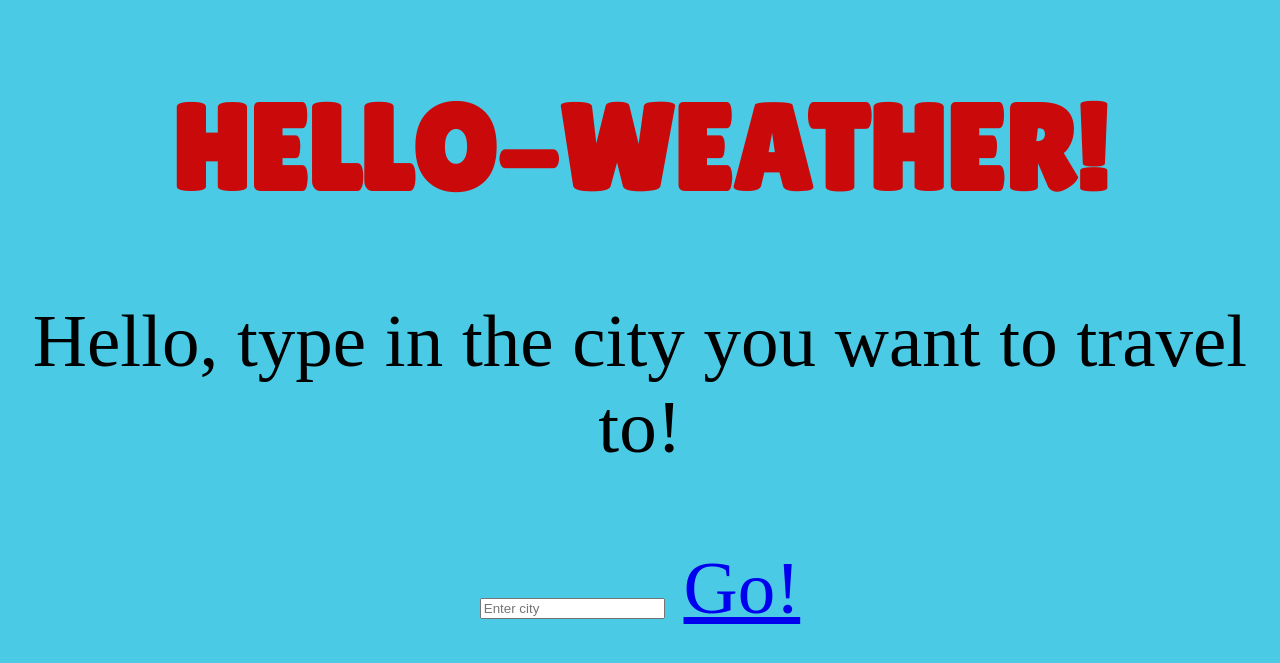
Repository: Jazinha/Hello-kitty-weather
Page: index.html
These files come from the project's save history. The page is drawn as it stood at one moment and after the next save; the edit follows.
The browser window is 1280 px wide. The pictures show the whole page.

Above is the page before, as saved 2023-02-03 20:37:00.

### index.html
<!DOCTYPE html>
<html>
    <head>
        <title>Hello-Weather!</title>
        <meta charset="utf-8">
        <link rel="stylesheet" href="style.css">
        <link rel="preconnect" href="https://fonts.googleapis.com">
<link rel="preconnect" href="https://fonts.gstatic.com" crossorigin>
<link href="https://fonts.googleapis.com/css2?family=Itim&family=Lilita+One&display=swap" rel="stylesheet">
    </head>
    <body>
        <div class="container">
            <div id="home" class="flex-column flex-center"></div>
            <h1>HELLO-WEATHER!</h1>
            <p>Hello, type in the city you want to travel to!</p>
            <input id="initial" type="text" placeholder="Enter city">
            <a href="forecast.html" class="btn">Go! </a>
        </div>
    </body>
</html>

### style.css
body {
    background-color: rgb(75, 202, 230);
    font-size: 75px;
}

.container {
    text-align: center;
    justify-content: center;
}

h1 {
    font-size: 120px;
    font-family: 'Lilita One', cursive;
    color: rgb(202, 10, 10);

}

After the next save:
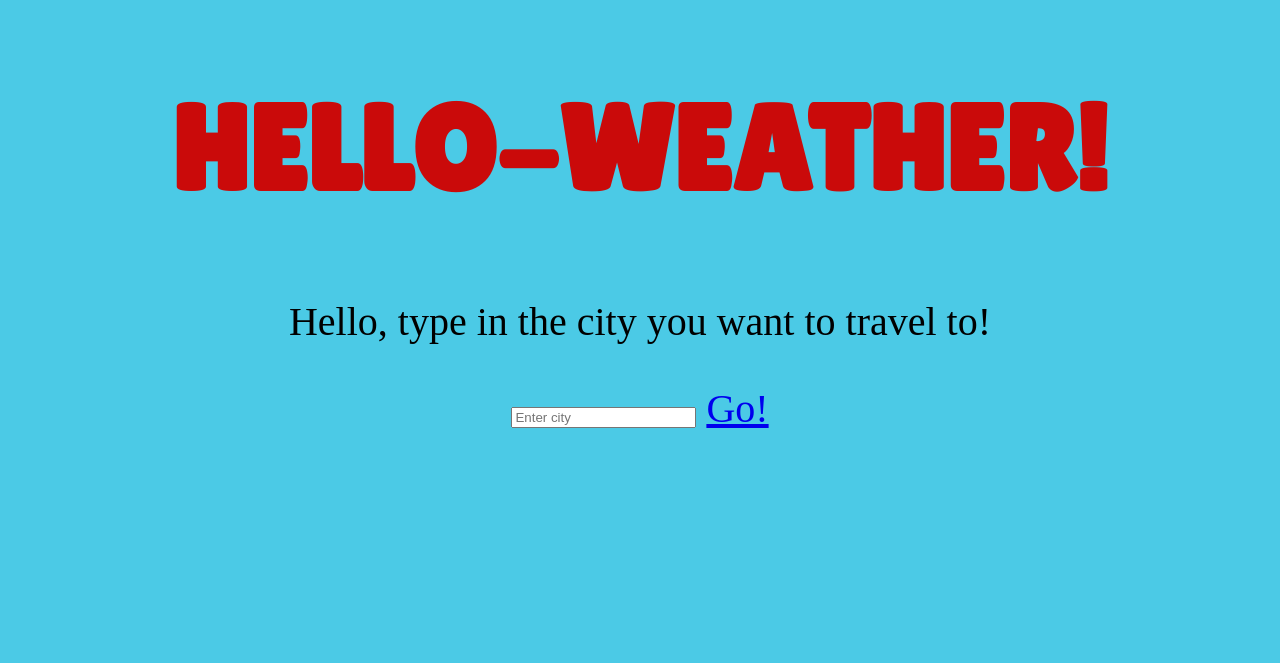
Saved 13 s later.
--- a/style.css
+++ b/style.css
@@ -1,6 +1,6 @@
 body {
     background-color: rgb(75, 202, 230);
-    font-size: 75px;
+    font-size: 40px;
 }
 
 .container {
